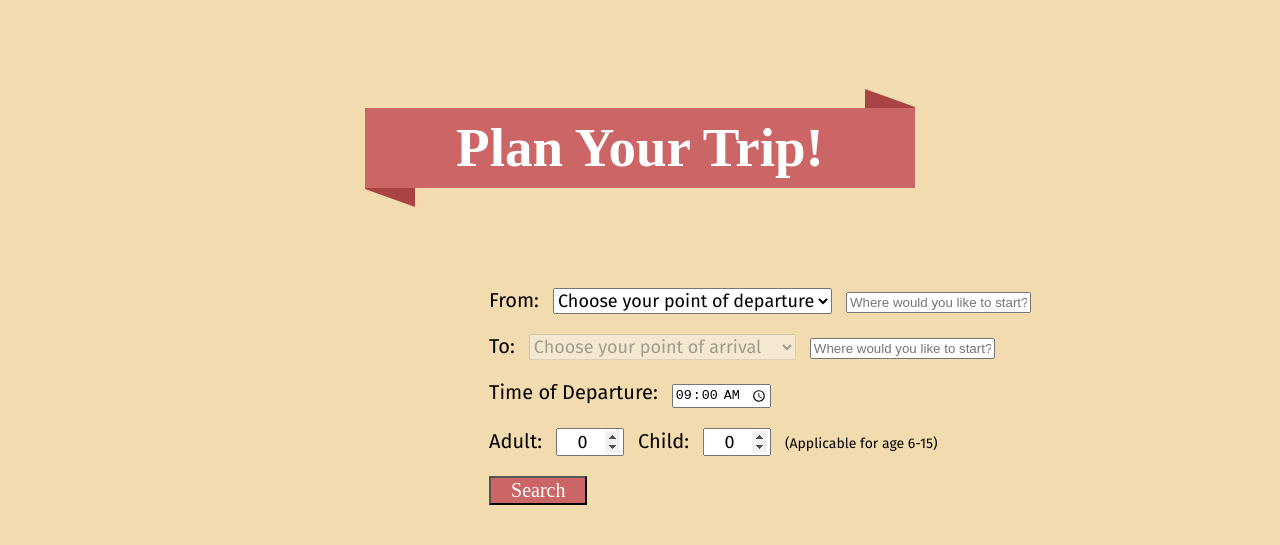
Repository: bbh0607/bae_dNation
Page: public/index.html
These files come from the project's save history. The page is drawn as it stood at one moment and after the next save; the edit follows.
The browser window is 1280 px wide. The pictures show the whole page.
Some web fonts or font styles are not loaded; a fallback is used.

Above is the page before, as saved 2020-02-01 15:15:44.

After the next save:
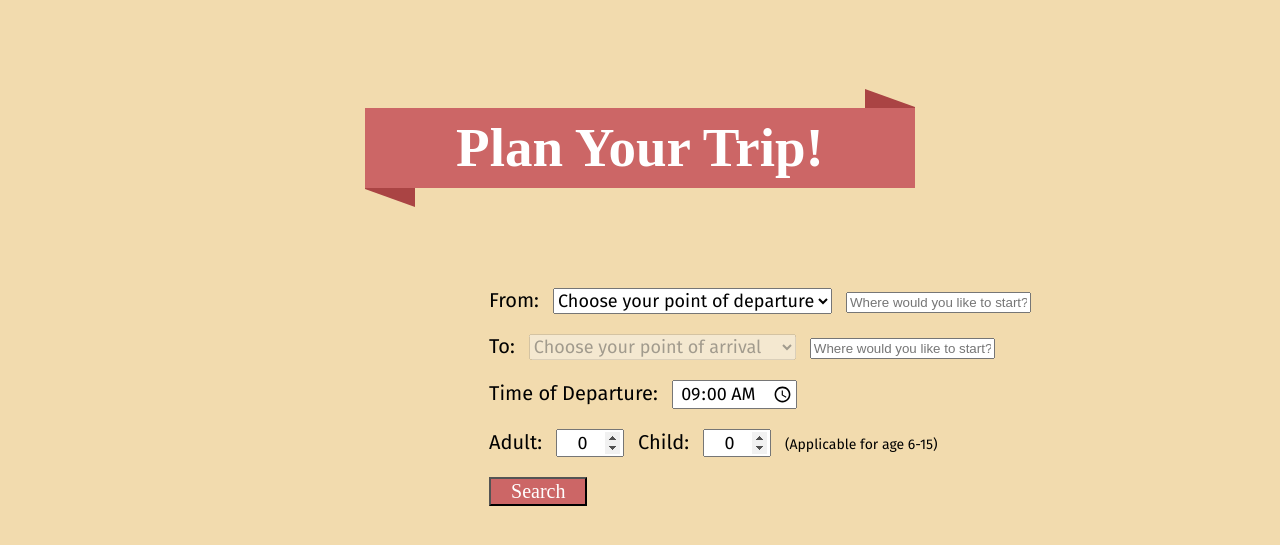
Saved 4 s later.
--- a/public/css/style.css
+++ b/public/css/style.css
@@ -73,7 +73,7 @@ input[type="number"]{
   font-size: 18px;
 }
 
-input[type="time", type="text"]{
+input[type="time"]{
   width: 120px;
   text-align: center;
   font-family: "Fira Sans", sans-serif;
